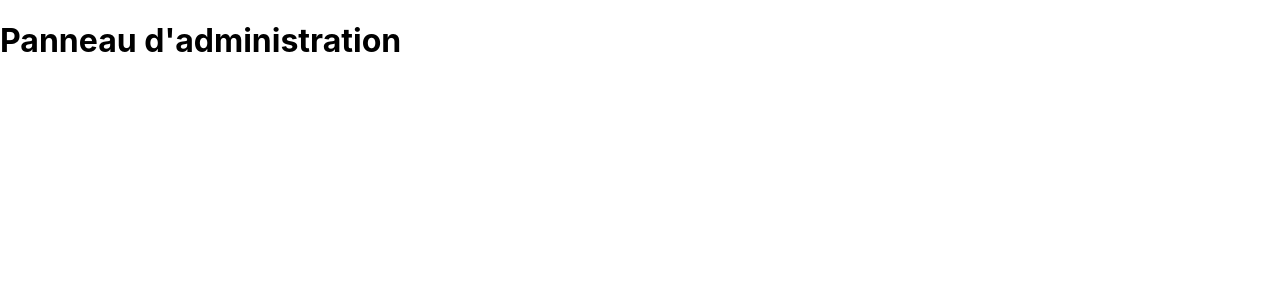
Repository: noeminihoul/testunitaire
Page: /
These files come from the project's save history. The page is drawn as it stood at one moment and after the next save; the edit follows.
The browser window is 1280 px wide. The pictures show the whole page.
The project was rebuilt for these pictures with package versions that can differ from the ones it lists, and the page was loaded fresh each time. Also part of the build but not shown: src/App.css.

Above is the page before, as saved 2023-05-31 19:02:42.

After the next save:
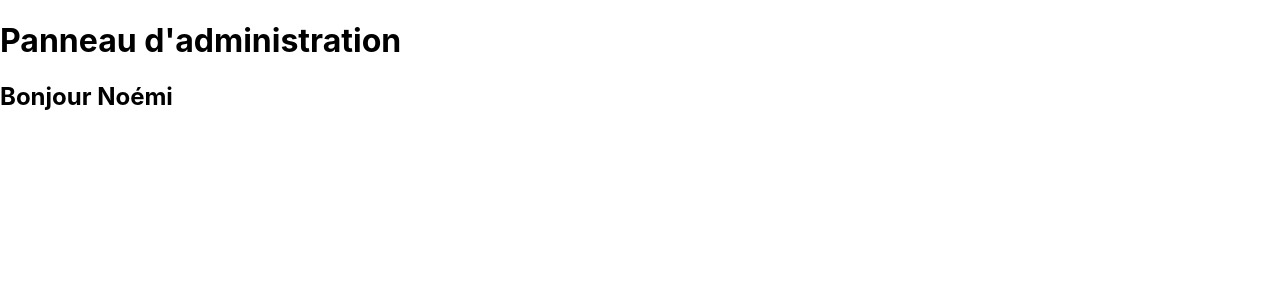
Saved 8 s later.
--- a/src/App.js
+++ b/src/App.js
@@ -5,6 +5,7 @@ function App() {
   return (
     <div>
       <h1>Panneau d'administration</h1>
+      <h2>Bonjour Noémi</h2>
     </div>
   );
 }
